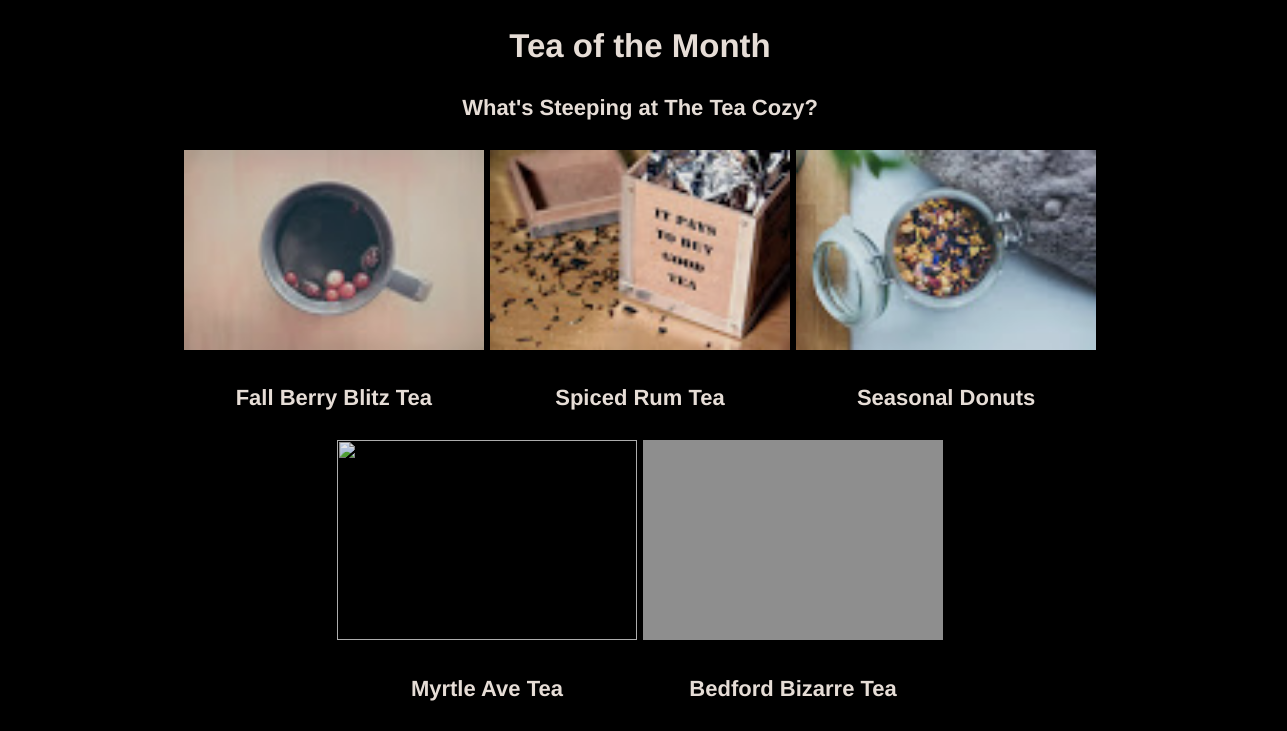
Repository: NiutaR/teaCozy
Page: index.html
An editor plug-in stored every save of this project. The page is shown before and after a run of saves, followed by the edit.
The browser window is 1280 px wide. The page is 1287 px wide, so the pictures cover 1287 px, including what lies to the right of the window. The pictures show the part of the page from y = 798 to 1529 px (the page is 2339 px tall).
Pictures or frames that could not be fetched are drawn as grey boxes.

Above is the page before, as saved 2021-08-06 17:53:24.

### index.html
<!DOCTYPE html>
<html>
  <head>
    <meta charset="utf-8">
    <title>Tea Cozy</title>
    <link href="src/style.css" rel="stylesheet">
  </head>
  <body>
    <header>
      <img src="src/img/logo.png">
      <nav>
        <ul>
          <li><a href="#mission">Mission</a></li>
          <li><a href="#feature">Featured Tea</a></li>
          <li><a href="#locations">Locations</a></li>

        </ul>
      </nav>
    </header>
    <main>
      <div id="mission">
        <div class="copy">
          <h2>Our Mission</h2>
          <h4>Handpicked, Artisanally Curated, Free Range, Sustainable, Small Batch, Fair Trade, Organic Tea</h4>
        </div>
      </div>
      <div id="feature">
        <div class="copy">
          <h2>Tea of the Month</h2>
          <h4>What's Steeping at The Tea Cozy?</h4>
        </div>
        <div id="products">
          <div id="berryblitz">
            <img src="src/img/img-berryblitz.jpg">
            <h4>Fall Berry Blitz Tea</h4>
          </div>
          <div id="rumtea">
            <img src="src/img/img-spiced-rum.jpg">
            <h4>Spiced Rum Tea</h4>
          </div>
          <div id="donuts">
            <img src="src/img/img-mission-background.jpg">
            <h4>Seasonal Donuts</h4>
          </div>
          <div id="myrtle">
            <img src="">
            <h4>Myrtle Ave Tea</h4>

          </div>
          <div id="bedford">
            <img src="resources/images/bedford-bizarre.jpg">
            <h4>Bedford Bizarre Tea</h4>
          </div>
        </div>
      </div>
      <div id="locations">
        <h2>Locations</h2>
          <div class="address downtown">
            <h3>Downtown</h3>
              <p>384 West 4th St<br><br>
              Suite 108<br><br>
              Portland, Maine
              </p>
          </div>
          <div class="address ebayside">
            <h3> East Bayside</h3>
            <p>3433 Phisherman's Avenue<br><br>
              (Northwest Cornder)<br><br>
              Portland, Maine
            </p>
          </div>
          <div class="address oakdale">
            <h3>Oakdale</h3>
            <p>515 Crescent Avenue<br><br>
              Second Floor<br><br>
              Portland, Maine
            </p>
          </div>
        </div>
      </div>
    </main>
    <footer>
      <div id="contact">
        <h2>The Tea Cozy</h2>
        <h5>contact@theteacozy.com</h5>
        <h5>917-555-8904</h5>
      </div>
        <h5 id="copyright">copyright The Tea Cozy 2017</h5>
    </footer>

  </body>
</html>

### src/style.css
body, a {
    font-family: Helvetica;
    font-size: 22px;
    color: seashell;
    background-color: black;
    opacity: 0.9;
    text-align: center;
    list-style: none;
}

ul li {
    display: inline-block;
    margin-right: 20px;
}

header {
    height: 69px;
    padding: 10px;
    display: flex;
    border-bottom: 1px solid seashell;
}

header img {
    height: 50px;
    margin-right: auto;
}

.copy {
    background-color: black;
    margin: 0;
    width: 1200px;
}

#mission {
    display: flex;
    flex-wrap: wrap;
    align-items: center;
    justify-content: center;
    height: 700px;
    background-image: url("https://s3.amazonaws.com/codecademy-content/courses/freelance-1/unit-4/img-mission-background.jpg");
    background-repeat: no-repeat;
    background-position: center;
    padding: 0;
    margin: 0;
}

#feature {
    width: 1000px;
    margin: 0 auto;
    display: flex;
    flex-wrap: wrap;
    justify-content: center;
}

#feature img {
    width: 300px;
    height: 200px;
}

#feature div {
    display: inline-block;
}

#locations {
    background-image: url("https://s3.amazonaws.com/codecademy-content/courses/freelance-1/unit-4/img-locations-background.jpg");
    background-repeat: no-repeat;
    background-position: center;
    height: 500px;
}

.address {
    display: inline-block;
    background-color: black;
    width: 300px;
    margin: 0 20px;
    padding-bottom: 35px;
}

#locations h2 {
    width: 100%;
    margin: 15px;
}

main {
    display: flex;
    flex-direction: column;
    justify-content: center;
}

p {
    opacity: 1;
}

#contact {
    height: 200px;
    margin: 0 auto;
}

#copyright {
    text-align: left;
    margin-left: 20px;
}

After the next 3 saves:
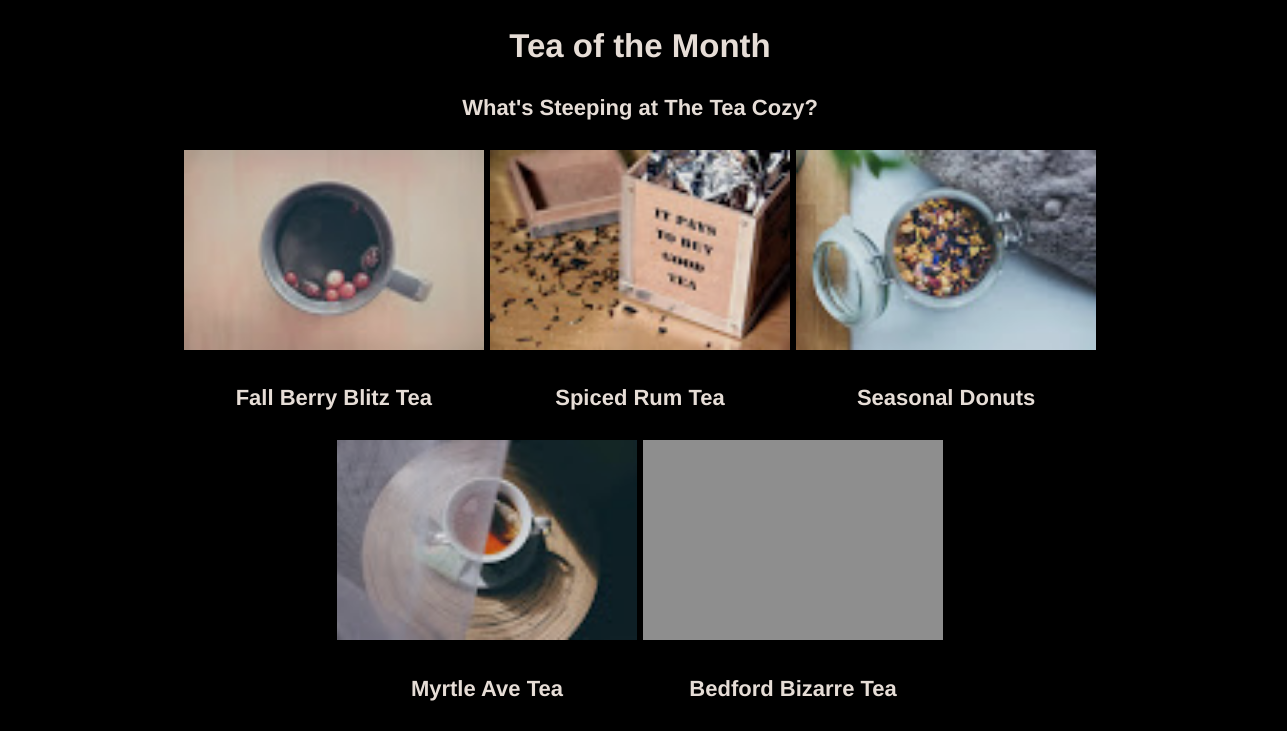
The 3 saves are shown as one change because they came seconds apart.
The last was saved 8 s later.
--- a/index.html
+++ b/index.html
@@ -43,7 +43,7 @@
             <h4>Seasonal Donuts</h4>
           </div>
           <div id="myrtle">
-            <img src="">
+            <img src="src/img/img-myrtle-ave.jpg">
             <h4>Myrtle Ave Tea</h4>
 
           </div>
